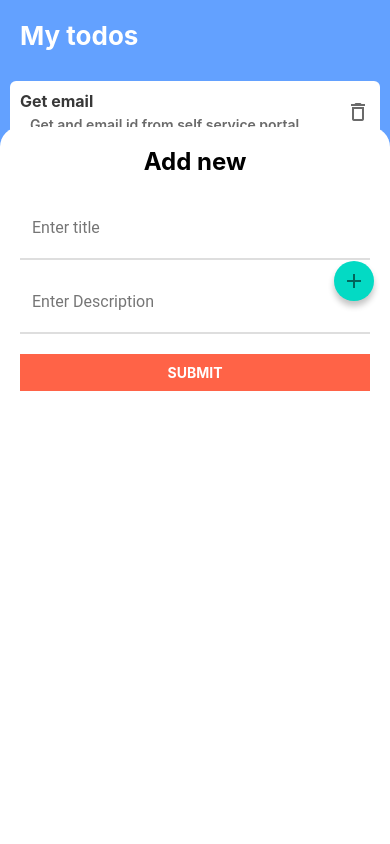
Repository: sadarsh216/Todo-App
Page: /, after clicking the first element matching `button.css-view-175oi2r`
These files come from the project's save history. The page is drawn as it stood at one moment and after the next save; the edit follows.
The browser window is 390 px wide. The pictures show the whole page.
The app was drawn by React Native's web renderer in a window 390 px wide. The project was rebuilt for these pictures with package versions that can differ from the ones it lists, and the page was loaded fresh each time.

Above is the page before, as saved 2021-10-09 14:31:14.

After the next save:
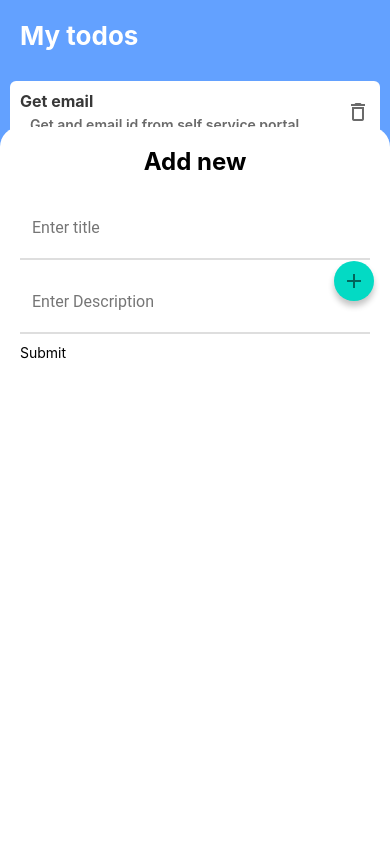
Saved 22 s later.
--- a/components/Modal.tsx
+++ b/components/Modal.tsx
@@ -27,8 +27,11 @@ export default function Modal() {
               onChangeText={props.handleChange("title")}
               value={props.values.title}
             />
-            <TouchableWithoutFeedback onPress={props.handleSubmit}>
-              <Text style={styles.submitBtn}>Submit</Text>
+            <TouchableWithoutFeedback
+              style={styles.submitBtn}
+              onPress={props.handleSubmit}
+            >
+              <Text>Submit</Text>
             </TouchableWithoutFeedback>
           </View>
         )}
